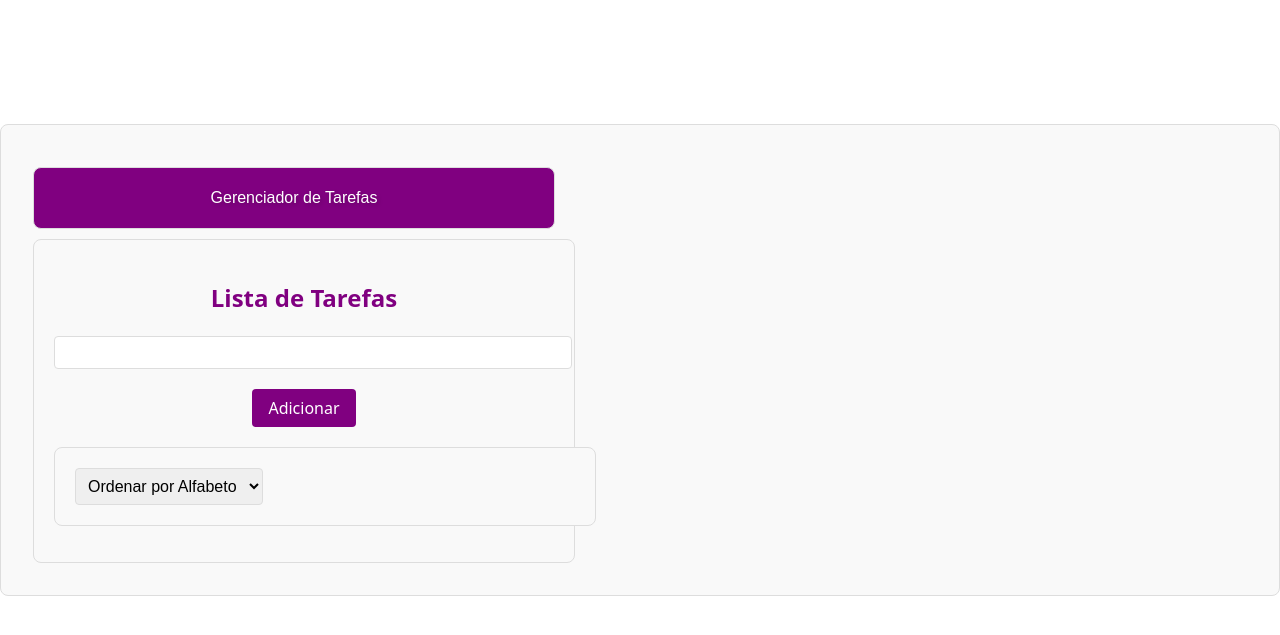
Repository: matheusarrabal12/todo
Page: /
An editor plug-in stored every save of this project. The page is shown before and after the next save, followed by the edit.
The browser window is 1280 px wide. The pictures show the whole page.
The project was rebuilt for these pictures with package versions that can differ from the ones it lists, and the page was loaded fresh each time. Also part of the build but not shown: vite.config.js.

Above is the page before, as saved 2025-04-03 15:28:06.

### src/App.jsx
import ListaTarefas from './components/ListaTarefas';

import './App.css';

function App() {
  return(
    < >
    <div class= "divcabeçalho">
    <h1>Gerenciador de Tarefas</h1>
    </div>
    <ListaTarefas />

    </>
  ) ;
}

export default App;

### src/components/ListaTarefas.jsx
import { useState, useEffect } from "react";
import './ListaTarefas.css';

function ListaTarefas() {
  const [tarefas, setTarefa] = useState([]);
  const [novaTarefa, setNovaTarefa] = useState("");
  const [ordenacao, setOrdenacao] = useState("alfabetica");

  useEffect(() => {
    // Serve para recuperar as informações apos atualizar a pagina
    const tarefasSalvas = JSON.parse(localStorage.getItem("tarefas"));
    if (tarefasSalvas) {
      setTarefa(tarefasSalvas);
    }
  }, []);

  useEffect(() => {
    // Salva as tarefas no localStorage sempre que a lista mudar
    localStorage.setItem("tarefas", JSON.stringify(tarefas));
  }, [tarefas]);

  const adicionarTarefa = () => {
    if (novaTarefa.trim() !== "") {
      const novaTarefaObj = { texto: novaTarefa, concluida: false, dataAdicao: new Date() };
      setTarefa([...tarefas, novaTarefaObj]);
      setNovaTarefa("");
    }
  };

  const removerTarefa = (indice) => {
    setTarefa(tarefas.filter((_, i) => i !== indice));
  };

  const marcarTarefaConcluida = (indice) => {
    const novasTarefas = [...tarefas];
    novasTarefas[indice].concluida = !novasTarefas[indice].concluida;
    setTarefa(novasTarefas);
  };

  const ordenarTarefas = (criterio) => {
    let tarefasOrdenadas = [...tarefas];
    if (criterio === "alfabetica") {
      tarefasOrdenadas.sort((a, b) => a.texto.localeCompare(b.texto));
    }
    setTarefa(tarefasOrdenadas);
    setOrdenacao(criterio);
  };

  return (
    <div class = "">
      <h2>Lista de Tarefas</h2>
      <input
        type="text"
        value={novaTarefa}
        onChange={(e) => setNovaTarefa(e.target.value)}
      />
      <button onClick={adicionarTarefa}>Adicionar</button>

      <div id="ordenacao">
        <select value={ordenacao} onChange={(e) => ordenarTarefas(e.target.value)}>
          <option value="alfabetica">Ordenar por Alfabeto</option>
        </select>
      </div>

      <ul>
        {tarefas.map((tarefa, indice) => (
          <li key={indice} className={tarefa.concluida ? "concluida" : ""}>
            {tarefa.texto}
            <div>
              <button className="marcar-concluida" onClick={() => marcarTarefaConcluida(indice)}>
                {tarefa.concluida ? "Desmarcar" : "Concluir"}
              </button>
              <button className="remover" onClick={() => removerTarefa(indice)}>Remover</button>
            </div>
          </li>
        ))}
      </ul>
    </div>
  );
}

export default ListaTarefas;

### src/components/ListaTarefas.css
/* Estilos para a lista de tarefas */
h2 {
    text-align: center;
    color: purple;
  }

  h1 {
    text-align: center;
    color: #ffffff;
    font-size: 36px;
    font-weight: bold;
    font: 1em sans-serif;
    text-shadow: 2px 2px 4px rgba(0, 0, 0, 0.2);
  }

  div {
    width: 100%;
    max-width: 500px;
    margin-top: 10px;
    padding: 20px;
    border: 1px solid #ddd;
    border-radius: 8px;
    background-color: #f9f9f9;
  }

  input[type="text"] {
    width: 100%;
    padding: 8px;
    margin-bottom: 10px;
    border: 1px solid #ddd;
    border-radius: 4px;
  }

  button {
    padding: 8px 16px;
    background-color: purple;
    color: white;
    border: none;
    border-radius: 4px;
    cursor: pointer;
    font-size: 16px;
    margin-top: 10px;
  }

  button:hover {
    background-color: purple;
  }

  ul {
    list-style-type: none;
    padding: 0;
  }

  li {
    display: flex;
    justify-content: space-between;
    align-items: center;
    padding: 10px;
    margin-bottom: 8px;
    background-color: #fff;
    border: 1px solid #ddd;
    border-radius: 4px;
  }

  li.concluida {
    text-decoration: line-through;
    background-color: #e0e0e0;
  }

  button.remover {
    background-color: #f44336;
  }

  button.remover:hover {
    background-color: #e53935;
  }

  button.marcar-concluida {
    background-color: #2196f3;
  }

  button.marcar-concluida:hover {
    background-color: #1976d2;
  }

  #ordenacao {
    margin-top: 20px;
    display: flex;
    justify-content: space-between;
  }

  #ordenacao select {
    padding: 8px;
    font-size: 16px;
    border-radius: 4px;
    border: 1px solid #ddd;
  }

  .divcabeçalho {
     background: purple;
     color: white;
     padding: 10px;
     text-align: center;
     border-image: auto;
     border-image-slice: 1;
     border-image-width: 1px;
    border-image-outset: 0;
  }

Loaded but not shown: index.html (common file); src/main.jsx (common file); src/index.css (common file); src/App.css (common file)

After the next save:
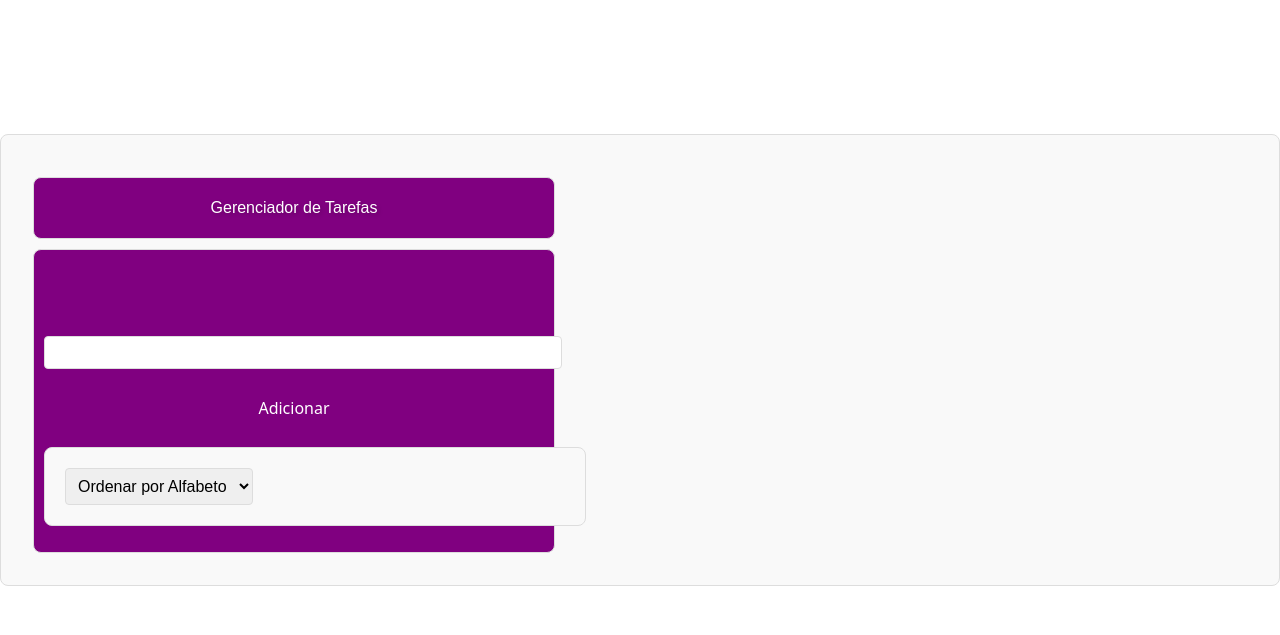
Saved 8 s later.
--- a/src/components/ListaTarefas.jsx
+++ b/src/components/ListaTarefas.jsx
@@ -47,7 +47,7 @@
   };
 
   return (
-    <div class = "">
+    <div class = "divcabeçalho">
       <h2>Lista de Tarefas</h2>
       <input
         type="text"

After the save that followed:
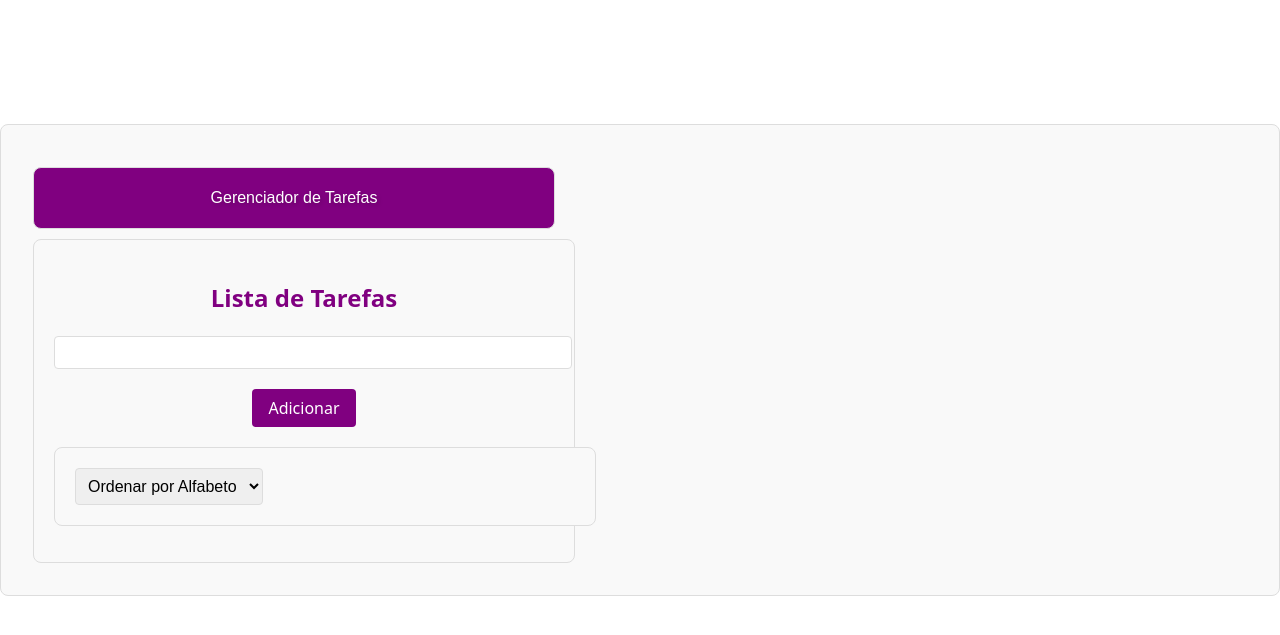
Saved 17 s later.
--- a/src/components/ListaTarefas.jsx
+++ b/src/components/ListaTarefas.jsx
@@ -47,7 +47,7 @@
   };
 
   return (
-    <div class = "divcabeçalho">
+    <div class = "">
       <h2>Lista de Tarefas</h2>
       <input
         type="text"
